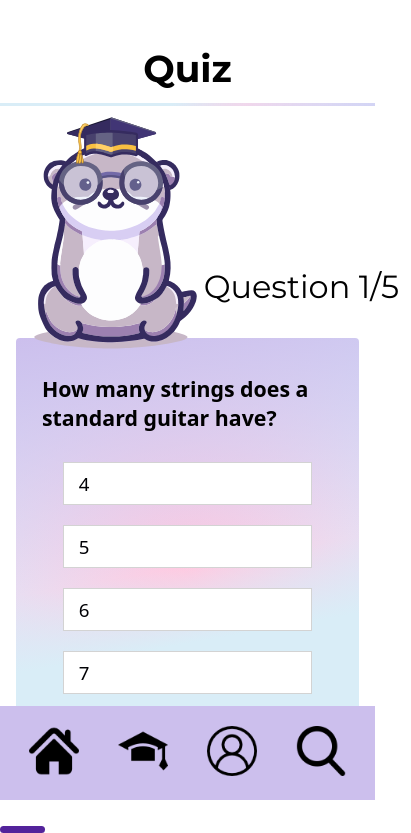
Repository: 1medi/pocketprof
Page: /quiz/page
These files come from the project's save history. The page is drawn as it stood at one moment and after a run of saves; the edit follows.
The browser window is 375 px wide. The page is 411 px wide, so the pictures cover 411 px, including what lies to the right of the window. The pictures show the whole page.
The project was rebuilt for these pictures with package versions that can differ from the ones it lists, and the page was loaded fresh each time. The framework's server and built-in components were replaced by stand-ins that run in the browser. Also part of the build but not shown: next.config.mjs, Components/Buttons/Oscar/Oscar.module.css, Components/Buttons/Oscar/index.js.

Above is the page before, as saved 2024-04-14 06:35:12.

After the next 2 saves:
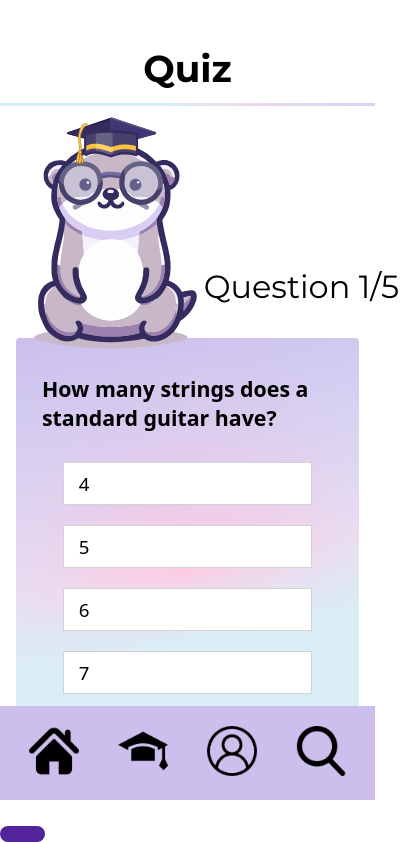
The 2 saves are shown as one change because they came seconds apart.
The last was saved 27 s later.
--- a/pages/quiz/page.module.css
+++ b/pages/quiz/page.module.css
@@ -158,7 +158,7 @@
 .step{
   background-color: var(--main-color-purple);
   transition: background-color 0.5s ease;
-  height:2cqw;
+  height:1rem;
   width: 100%;
   margin-right:30px;
   border-radius: 8px;
